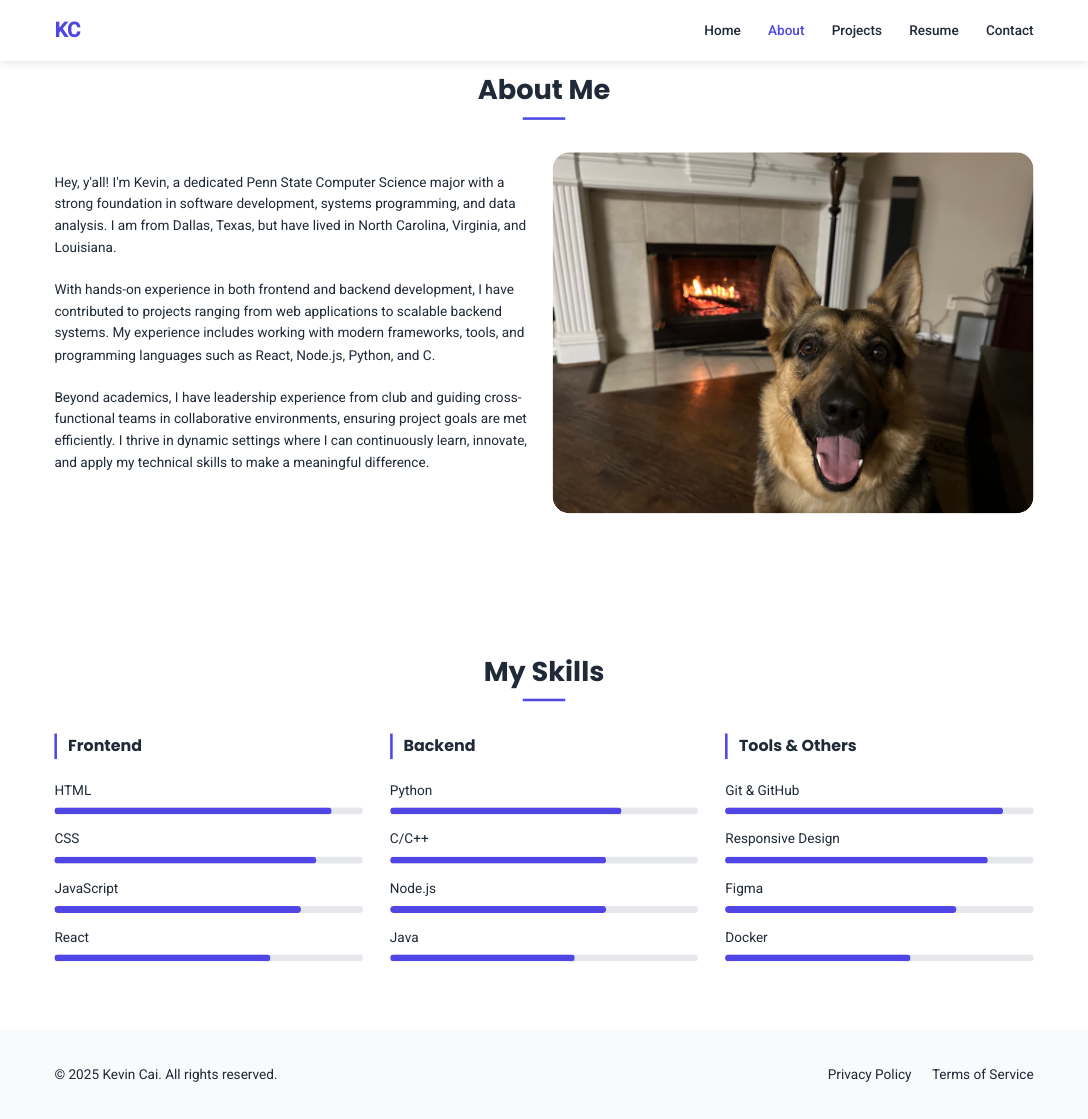
Repository: itskevbo/E-Portfolio
Page: pages/about.html
An editor plug-in stored every save of this project. The page is shown before and after the next save, followed by the edit.
The browser window is 1280 px wide. The pictures show the whole page, at 85% of full size.

Above is the page before, as saved 2025-04-23 14:45:34.
Console error: ReferenceError: ScrollReveal is not defined

After the next save:
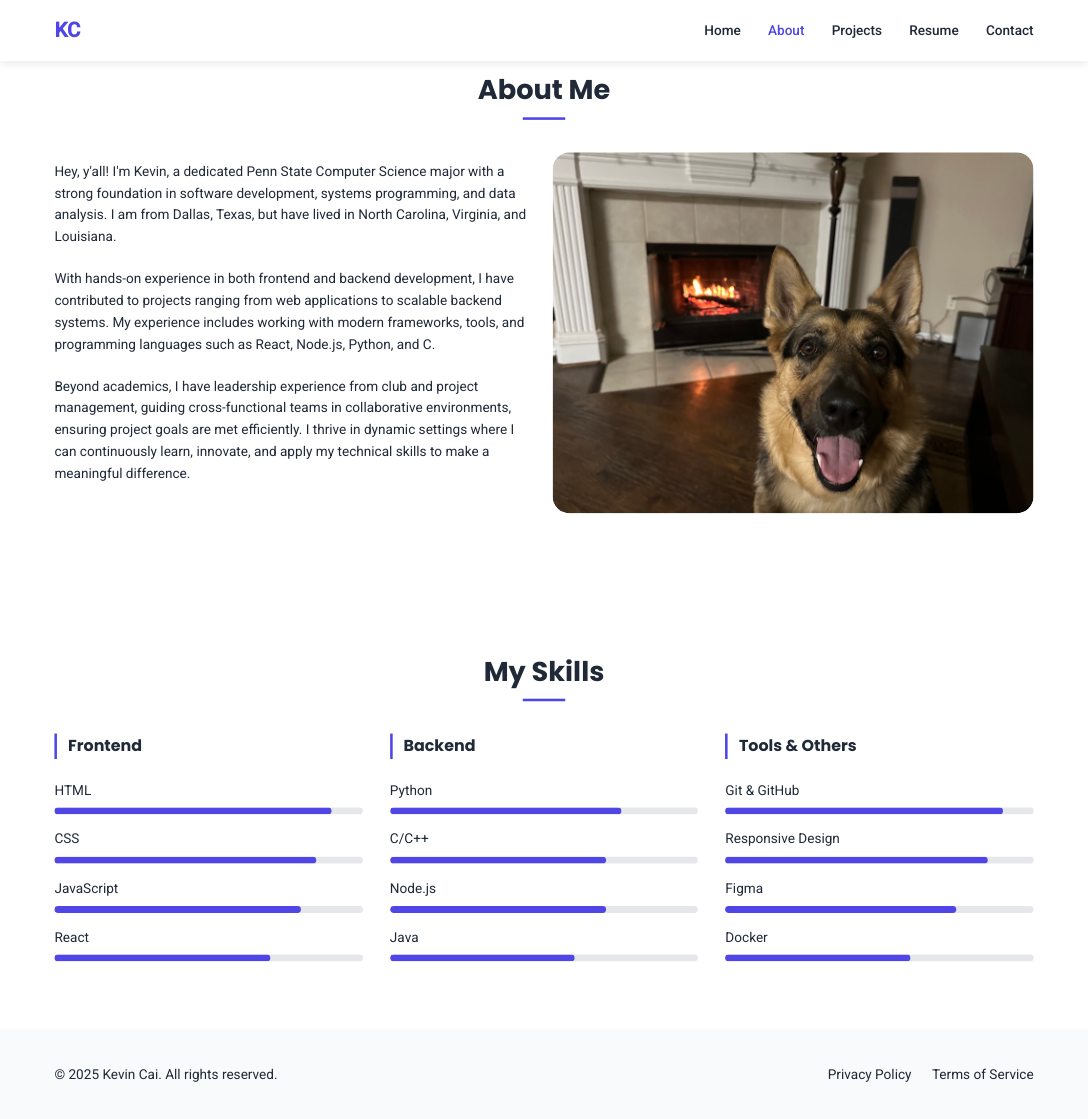
Saved 12 s later.
--- a/pages/about.html
+++ b/pages/about.html
@@ -52,7 +52,7 @@
                     <div class="about__text" style="flex: 1;">
                         <p>Hey, y'all! I'm Kevin, a dedicated Penn State Computer Science major with a strong foundation in software development, systems programming, and data analysis. I am from Dallas, Texas, but have lived in North Carolina, Virginia, and Louisiana.</p>
                         <p>With hands-on experience in both frontend and backend development, I have contributed to projects ranging from web applications to scalable backend systems. My experience includes working with modern frameworks, tools, and programming languages such as React, Node.js, Python, and C.</p>
-                        <p>Beyond academics, I have leadership experience from club and  guiding cross-functional teams in collaborative environments, ensuring project goals are met efficiently. I thrive in dynamic settings where I can continuously learn, innovate, and apply my technical skills to make a meaningful difference.</p>
+                        <p>Beyond academics, I have leadership experience from club and project management, guiding cross-functional teams in collaborative environments, ensuring project goals are met efficiently. I thrive in dynamic settings where I can continuously learn, innovate, and apply my technical skills to make a meaningful difference.</p>
                         <p></p>
                     </div>
                     <div class="about__image" style="flex: 1; overflow: hidden; border-radius: 20px; display: flex; justify-content: center; align-items: center;">
